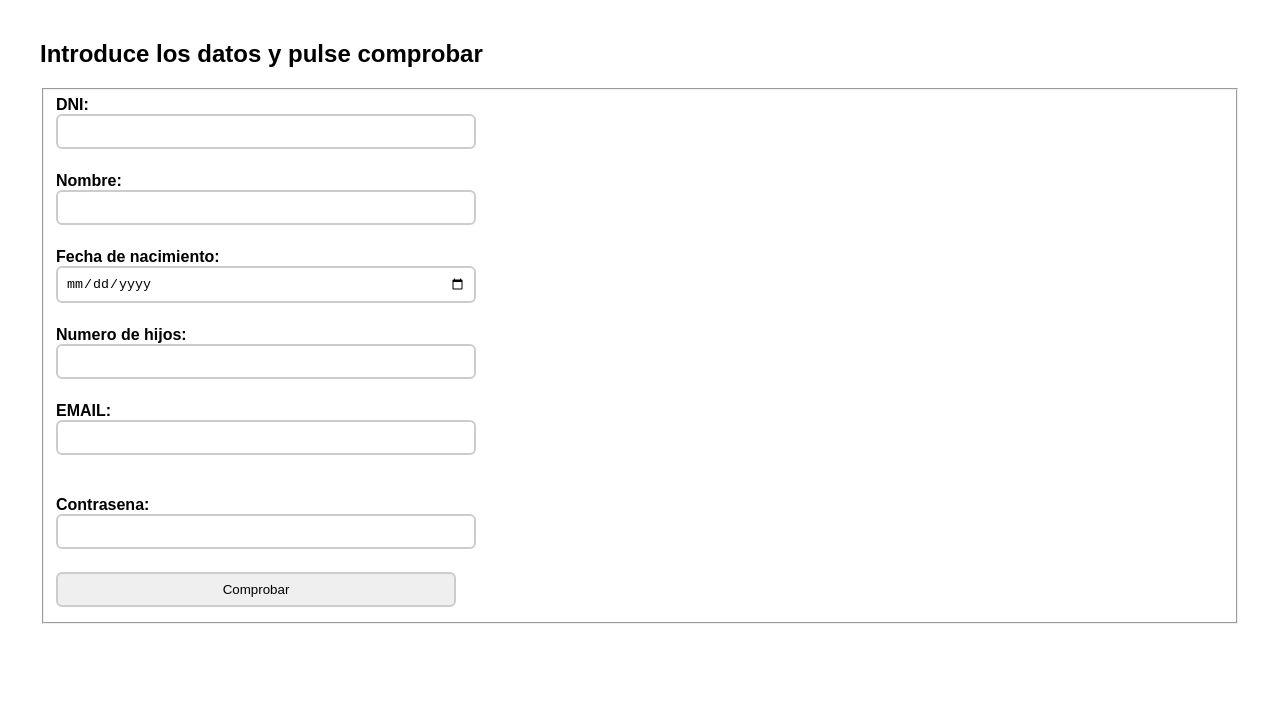
Repository: KoTvTrysaX01/2DAW-Desarrollo-WEB-en-Entorno-Cliente
Page: JAVASCRIPT/UD2/practica5/Actividad1/index.html
The author's editor kept a copy of each file at every save. The page is drawn from the files as they stood at one save, then again after a run of saves.
The browser window is 1280 px wide. The pictures show the whole page.

Above is the page before, as saved 2025-11-01 17:32:26.

### JAVASCRIPT/UD2/practica5/Actividad1/index.html
<!DOCTYPE html>
<html lang="es">
<head>
<meta charset="UTF-8">
  <title>Validación</title>
  <link rel="stylesheet" href="style.css">
  <body>
    <h2>Introduce los datos y pulse comprobar</h2>
    <fieldset>
    <form id = "registartionForm" name="form1" method="post" action="" target=" _blank">
        <label for = "dni">DNI:</label>
        <input id="dni" type="text" name="dni" ><br>
        <label for = "nombre">Nombre:</label>
        <input id="nombre" type="text" name="nombre" ><br>
        <label for = "fecha">Fecha de nacimiento:</label>
         <input id="fecha" type="date" name="fecha" ><br>
         <label for="hijos">Numero de hijos:</label>
         <input type="number" name="hijos" id = "hijos" min = "0"><br>
         <label for = "email"> EMAIL:</label>
        <input id = "email" type="text" name="email" ><br>
        <label for = "pagina"
        <input type="url" name="web" id = "pagina" placeholder="http://www.ejemplo.com" required><br>
        Contrasena: <input type="text" name="contrasena" id = "password" ><br>
        <input type="submit" value = "Comprobar">
    </form>
    </fieldset>


    <div id="errorMessages"></div>
    <script src="script.js"></script>
  </body>
</html>

### JAVASCRIPT/UD2/practica5/Actividad1/style.css
 body {
    font-family: Arial, sans-serif;
    margin: 40px;
  }
  form {
    max-width: 400px;
  }
  label {
    font-weight: bold;
  }
  input {
    display: block;
    width: 100%;
    margin-bottom: 5px;
    padding: 8px;
    border: 2px solid #ccc;
    border-radius: 6px;
    transition: border-color 0.3s, box-shadow 0.3s;
  }

### JAVASCRIPT/UD2/practica5/Actividad1/script.js
let form = document.getElementById("registartionForm");
let emailInput = document.getElementById("email");
let error = document.getElementById("errorMessages");
let dni = document.getElementById("dni")
let passw = document.getElementById("password")
let web = document.getElementById("pagina")
let hijos = document.getElementById("hijos")
let nombreInput = document.getElementById("nombre")
let fecha = document.getElementById("fecha")
form.addEventListener("submit", (e) => {
  e.preventDefault();
  error.innerHTML = ""
  const emailForm = emailInput.value.trim();
  const password = passw.value.trim()
  function validEmail(emailForm) {
    return /^[^\s@]+@[^\s@]+\.[a-z]{2,}$/i.test(emailForm);

  }
    function esValido(emailForm) {
      if (validEmail(emailForm)) {
        error.innerHTML = "email  e valido<br>";
      } else {
        error.innerHTML = "email no es valido<br>";
      }
    }
    esValido(emailForm);

    function validarDni(dni) {

      return /^[XYZ]?\d{5,8}[TRWAGMYFPDXBNJZSQVHLCKET]$/.test(dni)
    }
    function esValidoDni() {
      const valor = dni.value.trim();
      if (validarDni(valor)) {
        error.innerHTML += "dni es valido<br>"
      } else {
        error.innerHTML += "dni no es valido<br>"
        dni.value = ""
      }
    }
    esValidoDni()

    function validWeb(url) {
          return /^https?:\/\/(?:www\.)?[a-zA-Z0-9\-]+\.[a-zA-Z]{2,}(?:\/.*)?$/.test(url);
        }
    function esValidoWeb() {
      const urlvalid = web.value.trim()
      if(validWeb(urlvalid)) {
        error.innerHTML +="web pagina esta valida<br>"
      } else {
        error.innerHTML += "web pagina no esta valida<br>"
        web.value = ""

      }
    }
    esValidoWeb()

     function validarContrasena(passwor) {
      var p = passwor.length
      if(p >=8 && p <=10) {
        error.innerHTML += "password es correcto<br>"
      } else {
         error.innerHTML += "password  no es correcto<br>"
         passw.value = ""
      }
     }
     validarContrasena(password)

     function validHijos(hijos) {
      const valorHijos = Number(hijos.value)
      if(isNaN(valorHijos) || valorHijos < 0 || valorHijos > 10) {
        error.innerHTML += "numero de hijos no esta correcto<br>"
         hijos.value = ""

      } else {
         error.innerHTML += "numero de hijos esta correcto<br>"

      }
     }
     validHijos(hijos)
    const nom = nombreInput.value.trim()
     function validNombre(nombres) {
      return /^[a-zA-ZáéíóúÁÉÍÓÚñÑ]{2,40}( [a-zA-ZáéíóúÁÉÍÓÚñÑ]{2,40}){1,3}$/.test(nombres)
     }
     function isvalidNombre(nombres){
      if(validNombre(nombres)) {
         error.innerHTML += "nombre esta correcto<br>"
      } else {
         error.innerHTML += "nombre no esta correcto<br>"
         nombreInput.value = ""
      }
      }
     isvalidNombre(nom)

     const fechaValor = fecha.value.trim();

     function validFecha(fecha) {
          return /^(19|20)\d{2}-(0[1-9]|1[0-2])-(0[1-9]|[12]\d|3[01])$/.test(fecha)
     }
     function esValidFecha(fecha) {
      if (validFecha(fecha)) {
         error.innerHTML += "fecha esta correcto<br>"
      } else {
         error.innerHTML += "fecha no esta correcto<br>"
         fecha.value= ""
      }
     }
     console.log(fechaValor)

     esValidFecha(fechaValor)


});

After the next 2 saves:
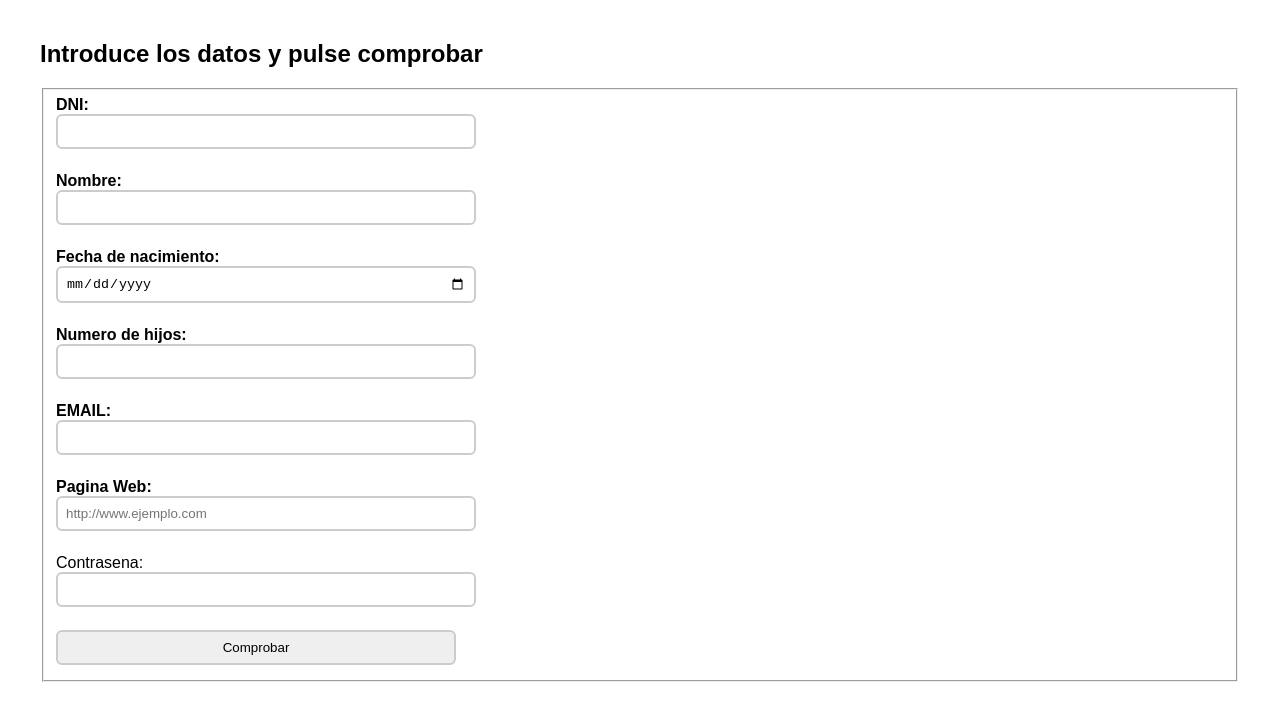
The 2 saves are shown as one change because they came seconds apart.
The last was saved 8 s later.
--- a/JAVASCRIPT/UD2/practica5/Actividad1/index.html
+++ b/JAVASCRIPT/UD2/practica5/Actividad1/index.html
@@ -18,8 +18,9 @@
          <input type="number" name="hijos" id = "hijos" min = "0"><br>
          <label for = "email"> EMAIL:</label>
         <input id = "email" type="text" name="email" ><br>
-        <label for = "pagina"
+        <label for = "pagina" >Pagina Web:</label>
         <input type="url" name="web" id = "pagina" placeholder="http://www.ejemplo.com" required><br>
+
         Contrasena: <input type="text" name="contrasena" id = "password" ><br>
         <input type="submit" value = "Comprobar">
     </form>
